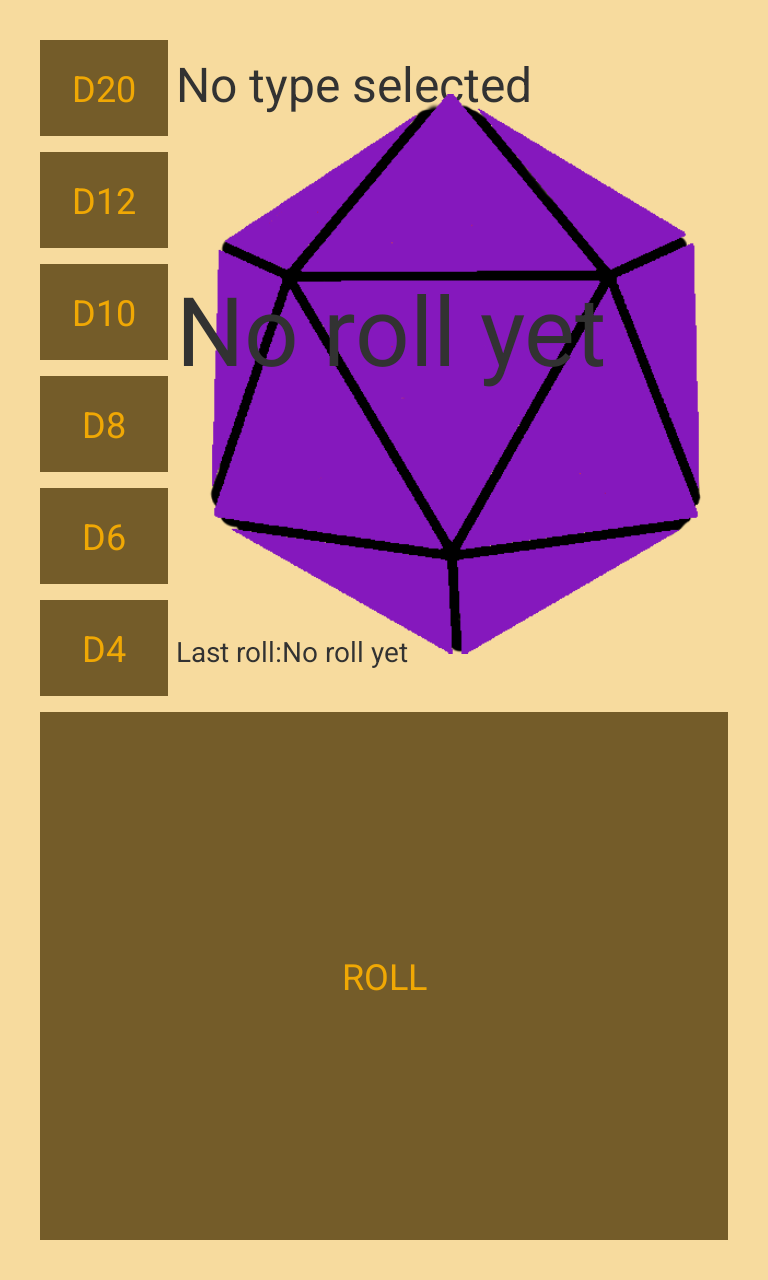
Repository: Bjodol/Roller
Layout: Roller3/res/layout/activity_main.xml
These files come from the project's save history. The layout is drawn as it stood at one moment and after the next save; the edit follows.
It is drawn on a 768 x 1280 px phone screen (xhdpi) without system bars, with theme AppTheme; the app's code is not run. The app's manifest (not shown) leaves right-to-left support off. So textAlignment, textDirection and layoutDirection are ignored, and left and right values win over start and end ones.

Above is the layout before, as saved 2013-08-31 09:30:36.

### Roller3/res/layout/activity_main.xml
<RelativeLayout xmlns:android="http://schemas.android.com/apk/res/android"
    xmlns:tools="http://schemas.android.com/tools"
    android:layout_width="fill_parent"
    android:layout_height="fill_parent"
    android:background="@color/Beige"
    android:gravity="top"
    android:paddingBottom="@dimen/activity_vertical_margin"
    android:paddingLeft="@dimen/activity_horizontal_margin"
    android:paddingRight="@dimen/activity_horizontal_margin"
    android:paddingTop="@dimen/activity_vertical_margin"
    tools:context=".MainActivity" >

    <Button
        android:id="@+id/d12"
        android:layout_margin="4dp"
        android:background="@color/Brown"
        android:textColor="@color/Bronze"
        android:layout_width="wrap_content"
        android:layout_height="wrap_content"
        android:layout_below="@+id/d20"
        android:onClick="d12"
        android:text="@string/d12" />

    <TextView
        android:id="@+id/dice_type"
        android:layout_width="wrap_content"
        android:layout_height="wrap_content"
        android:layout_alignBaseline="@id/d20"
        android:layout_toRightOf="@id/d20"
        android:text="@string/noDiceType"
        android:textAlignment="center"
        android:textSize="24sp" />

    <ImageView
        android:id="@+id/purpleDice"
        android:layout_width="wrap_content"
        android:layout_height="wrap_content"
        android:layout_toRightOf="@id/d10"
        android:layout_alignParentRight="true"
        android:src="@drawable/purple_dice" />

    <TextView
        android:id="@+id/dice_throw"
        android:layout_width="wrap_content"
        android:layout_height="wrap_content"
        android:layout_alignBottom="@+id/d6"
        android:layout_alignTop="@+id/d10"
        android:layout_toRightOf="@id/d20"
        android:text="@string/noRolls"
        android:textAlignment="center"
        android:textSize="48sp" />

    <TextView
        android:id="@+id/last_roll_text"
        android:layout_width="wrap_content"
        android:layout_height="wrap_content"
        android:layout_alignBaseline="@+id/d4"
        android:layout_alignBottom="@+id/d4"
        android:layout_alignLeft="@+id/dice_throw"
        android:text="@string/lastRoll"
        android:textAlignment="center"
        android:textSize="14sp" />

    <TextView
        android:id="@+id/last_roll_value"
        android:layout_width="wrap_content"
        android:layout_height="wrap_content"
        android:layout_alignBaseline="@id/last_roll_text"
        android:layout_toRightOf="@id/last_roll_text"
        android:text="@string/noRolls"
        android:textAlignment="center"
        android:textSize="14sp" />

    <Button
        android:id="@+id/roll_button"
        android:background="@color/Brown"
        android:layout_margin="4dp"
        android:layout_width="fill_parent"
        android:layout_height="wrap_content"
        android:layout_below="@+id/d4"
        android:layout_alignParentBottom="true"
        android:onClick="roll"
        android:text="@string/roll"
        android:textColor="@color/Bronze" />

    <Button
        android:id="@+id/d10"
        android:layout_margin="4dp"
        android:background="@color/Brown"
        android:textColor="@color/Bronze"
        android:layout_width="wrap_content"
        android:layout_height="wrap_content"
        android:layout_below="@+id/d12"
        android:layout_toLeftOf="@+id/current_roll_text"
        android:onClick="d10"
        android:text="@string/d10" />

    <Button
        android:id="@+id/d8"
        android:layout_margin="4dp"
        android:background="@color/Brown"
        android:textColor="@color/Bronze"
        android:layout_width="wrap_content"
        android:layout_height="wrap_content"
        android:layout_below="@+id/d10"
        android:layout_toLeftOf="@+id/current_roll_text"
        android:onClick="d8"
        android:text="@string/d8" />

    <Button
        android:id="@+id/d6"
        android:layout_margin="4dp"
        android:background="@color/Brown"
        android:textColor="@color/Bronze"
        android:layout_width="wrap_content"
        android:layout_height="wrap_content"
        android:layout_below="@+id/d8"
        android:layout_toLeftOf="@+id/current_roll_text"
        android:onClick="d6"
        android:text="@string/d6" />

    <Button
        android:id="@+id/d4"
        android:layout_margin="4dp"
        android:background="@color/Brown"
        android:textColor="@color/Bronze"
        android:layout_width="wrap_content"
        android:layout_height="wrap_content"
        android:layout_below="@+id/d6"
        android:layout_toLeftOf="@+id/current_roll_text"
        android:onClick="d4"
        android:text="@string/d4" />

    <Button
        android:id="@+id/d20"
        android:layout_width="wrap_content"
        android:layout_height="wrap_content"
        android:layout_alignParentLeft="true"
        android:layout_alignParentTop="true"
        android:layout_margin="4dp"
        android:layout_marginTop="21dp"
        android:background="@color/Brown"
        android:onClick="d20"
        android:text="@string/d20"
        android:textColor="@color/Bronze" />



</RelativeLayout>

### Roller3/res/values/strings.xml
<?xml version="1.0" encoding="utf-8"?>
<resources>

    <string name="app_name">Roller</string>
    <string name="action_settings">Settings</string>
    <string name="d20">D20</string>
    <string name="d12">D12</string>
    <string name="d10">D10</string>
    <string name="d8">D8</string>
    <string name="d6">D6</string>
    <string name="d4">D4</string>
    <string name="roll">ROLL</string>
    <string name="youRolled">You rolled:</string>
    <string name="noRolls">No roll yet</string>
    <string name="lastRoll">Last roll:</string>
    <string name="noDiceType">No type selected</string>
    <color name="Purple">#9e14e8</color>
    <color name="Beige">#f7db9e</color>
    <color name="Bronze">#F0A804</color>
    <color name="Brown">#745c29</color>

</resources>

Loaded but not shown: Roller3/res/values/styles.xml (common file); Roller3/res/values-v11/styles.xml (common file); Roller3/res/values-v14/styles.xml (common file); Roller3/res/values/dimens.xml (common file)

After the next save:
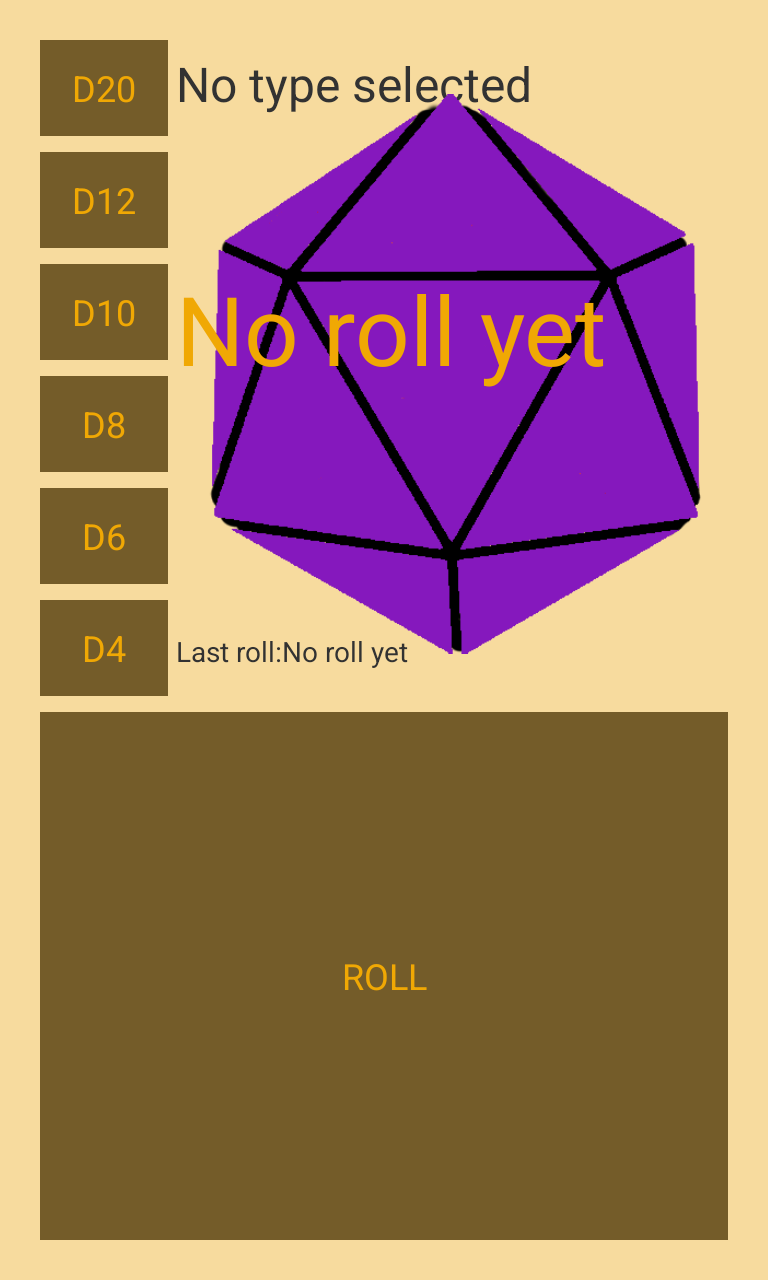
Saved 76 s later.
--- a/Roller3/res/layout/activity_main.xml
+++ b/Roller3/res/layout/activity_main.xml
@@ -48,7 +48,8 @@
         android:layout_toRightOf="@id/d20"
         android:text="@string/noRolls"
         android:textAlignment="center"
-        android:textSize="48sp" />
+        android:textSize="48sp"
+        android:textColor="@color/Bronze" />
 
     <TextView
         android:id="@+id/last_roll_text"
